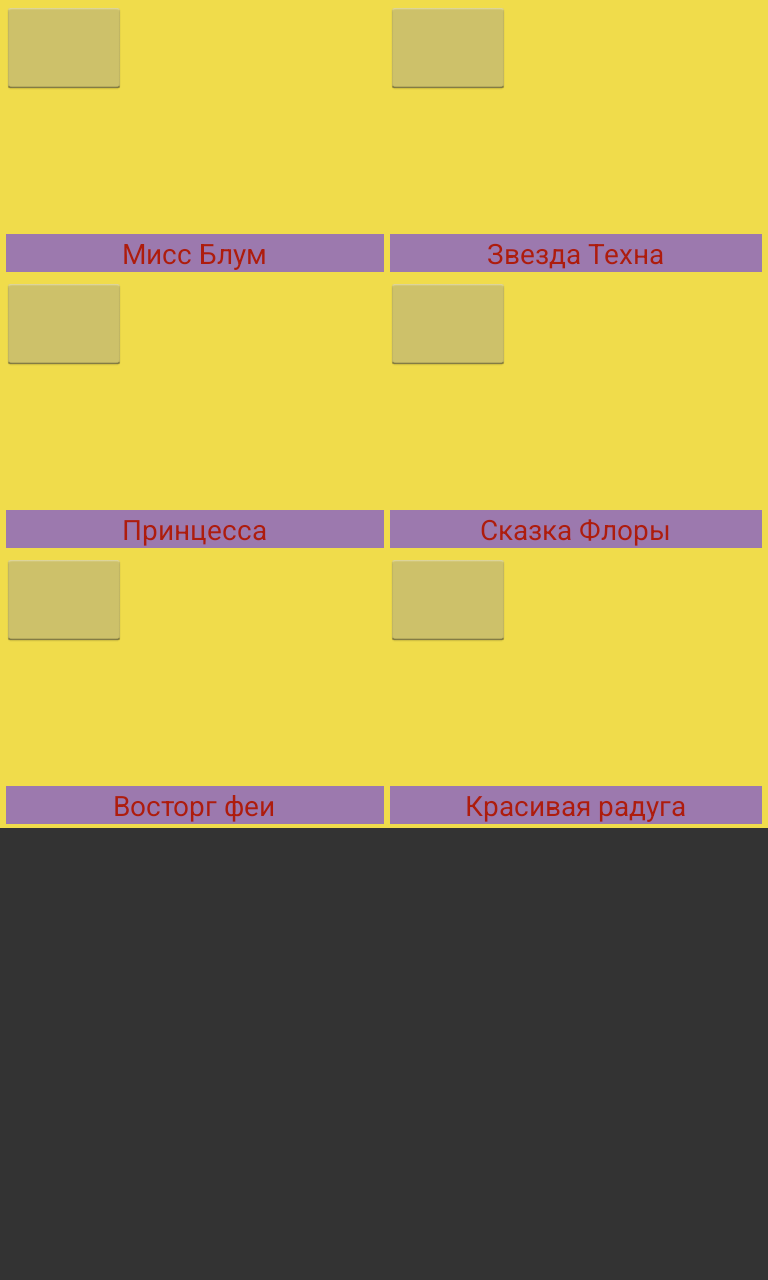
Repository: Skyremix/Winx
Layout: Winx/Winx/res/layout/stages.xml
These files come from the project's save history. The layout is drawn as it stood at one moment and after the next save; the edit follows.
It is drawn on a 768 x 1280 px phone screen (xhdpi) without system bars, with theme AppTheme; the app's code is not run.

Above is the layout before, as saved 2015-05-14 23:35:18.

### Winx/Winx/res/layout/stages.xml
<?xml version="1.0" encoding="utf-8"?>
<LinearLayout xmlns:android="http://schemas.android.com/apk/res/android"
    android:layout_width="match_parent"
    android:layout_height="match_parent"
    android:orientation="vertical"
    android:background="#F0DC4B">

    <LinearLayout
        android:layout_width="match_parent"
        android:layout_height="115dp">

        <LinearLayout
            android:layout_width="match_parent"
            android:layout_height="match_parent"
            android:layout_weight="1" >

            <Button
                android:id="@+id/imageView1"
                android:layout_width="wrap_content"
                android:layout_height="wrap_content"
                android:layout_gravity="center_horizontal"
                android:src="@drawable/buttons"/>

        </LinearLayout>

        <LinearLayout
            android:layout_width="match_parent"
            android:layout_height="match_parent"
            android:layout_weight="1">

            <Button
                android:id="@+id/imageView2"
                android:layout_width="wrap_content"
                android:layout_height="wrap_content"
                android:src="@drawable/buttons" />

        </LinearLayout>

    </LinearLayout>

  <LinearLayout
	        android:layout_width="match_parent"
	        android:layout_height="wrap_content"
	        android:background="#F0DC4B" >

	                 <LinearLayout
            android:layout_width="match_parent"
            android:layout_height="match_parent"
            android:layout_weight="1.00"
            android:background="#9C79AE"
            android:gravity="center_horizontal"
            android:layout_marginTop="2dp"
            android:layout_marginLeft="3dp"
            android:layout_marginBottom="2dp">

            <TextView
                android:id="@+id/textView116"
                android:layout_width="wrap_content"
                android:layout_height="wrap_content"
                android:text="Мисс Блум"
                android:textColor="#AE1C0D"/>

        </LinearLayout>

         <LinearLayout
            android:layout_width="match_parent"
            android:layout_height="match_parent"
            android:layout_weight="1.00"
            android:background="#9C79AE"
            android:gravity="center_horizontal"
            android:layout_marginTop="2dp"
            android:layout_marginLeft="3dp"
            android:layout_marginBottom="2dp"
            android:layout_marginRight="3dp">

            <TextView
                android:id="@+id/textView1565"
                android:layout_width="wrap_content"
                android:layout_height="wrap_content"
                android:text="Звезда Техна"
                android:textColor="#AE1C0D"/>

        </LinearLayout>

    </LinearLayout>

    <LinearLayout
        android:layout_width="match_parent"
        android:layout_height="115dp" >

        <LinearLayout
            android:layout_width="match_parent"
            android:layout_height="match_parent"
            android:layout_weight="1" >

            <Button
                android:id="@+id/imageView3"
                android:layout_width="wrap_content"
                android:layout_height="wrap_content"
                android:src="@drawable/buttons" />

        </LinearLayout>

        <LinearLayout
            android:layout_width="match_parent"
            android:layout_height="match_parent"
            android:layout_weight="1" >

            <Button
                android:id="@+id/imageView4"
                android:layout_width="wrap_content"
                android:layout_height="wrap_content"
                android:src="@drawable/buttons" />


        </LinearLayout>

    </LinearLayout>

	   <LinearLayout
	        android:layout_width="match_parent"
	        android:layout_height="wrap_content"
	        android:background="#F0DC4B" >

	                 <LinearLayout
            android:layout_width="match_parent"
            android:layout_height="match_parent"
            android:layout_weight="1.00"
            android:background="#9C79AE"
            android:gravity="center_horizontal"
            android:layout_marginTop="2dp"
            android:layout_marginLeft="3dp"
            android:layout_marginBottom="2dp">

            <TextView
                android:id="@+id/textView11776"
                android:layout_width="wrap_content"
                android:layout_height="wrap_content"
                android:text="Принцесса"
                android:textColor="#AE1C0D"/>

        </LinearLayout>

         <LinearLayout
            android:layout_width="match_parent"
            android:layout_height="match_parent"
            android:layout_weight="1.00"
            android:background="#9C79AE"
            android:gravity="center_horizontal"
            android:layout_marginTop="2dp"
            android:layout_marginLeft="3dp"
            android:layout_marginBottom="2dp"
            android:layout_marginRight="3dp">

            <TextView
                android:id="@+id/textView115565"
                android:layout_width="wrap_content"
                android:layout_height="wrap_content"
                android:text="Сказка Флоры"
                android:textColor="#AE1C0D"/>

        </LinearLayout>
    </LinearLayout>

    <LinearLayout
        android:layout_width="match_parent"
        android:layout_height="115dp" >

        <LinearLayout
            android:layout_width="match_parent"
            android:layout_height="match_parent"
            android:layout_weight="1">

            <Button
                android:id="@+id/imageView5"
                android:layout_width="wrap_content"
                android:layout_height="wrap_content"
                android:src="@drawable/buttons" />

        </LinearLayout>

        <LinearLayout
            android:layout_width="match_parent"
            android:layout_height="match_parent"
            android:layout_weight="1" >

            <Button
                android:id="@+id/imageView6"
                android:layout_width="wrap_content"
                android:layout_height="wrap_content"
                android:src="@drawable/buttons" />

        </LinearLayout>

    </LinearLayout>

	    <LinearLayout
	        android:layout_width="match_parent"
	        android:layout_height="wrap_content"
	        android:background="#F0DC4B" >

	                 <LinearLayout
            android:layout_width="match_parent"
            android:layout_height="match_parent"
            android:layout_weight="1.00"
            android:background="#9C79AE"
            android:gravity="center_horizontal"
            android:layout_marginTop="2dp"
            android:layout_marginLeft="3dp"
            android:layout_marginBottom="2dp">

            <TextView
                android:id="@+id/textView119966"
                android:layout_width="wrap_content"
                android:layout_height="wrap_content"
                android:text="Восторг феи"
                android:textColor="#AE1C0D"/>

        </LinearLayout>

         <LinearLayout
            android:layout_width="match_parent"
            android:layout_height="match_parent"
            android:layout_weight="1.00"
            android:background="#9C79AE"
            android:gravity="center_horizontal"
            android:layout_marginTop="2dp"
            android:layout_marginLeft="3dp"
            android:layout_marginBottom="2dp"
            android:layout_marginRight="3dp">

            <TextView
                android:id="@+id/textView1584865"
                android:layout_width="wrap_content"
                android:layout_height="wrap_content"
                android:text="Красивая радуга"
                android:textColor="#AE1C0D"/>

        </LinearLayout>
    </LinearLayout>
        <LinearLayout
        android:layout_width="match_parent"
        android:layout_height="wrap_content"
        android:layout_weight="0.02"
        android:background="#333333" >
    </LinearLayout>
</LinearLayout>

Loaded but not shown: Winx/Winx/res/values/styles.xml (common file); Winx/Winx/res/values-v11/styles.xml (common file); Winx/Winx/res/values-v14/styles.xml (common file)

After the next save:
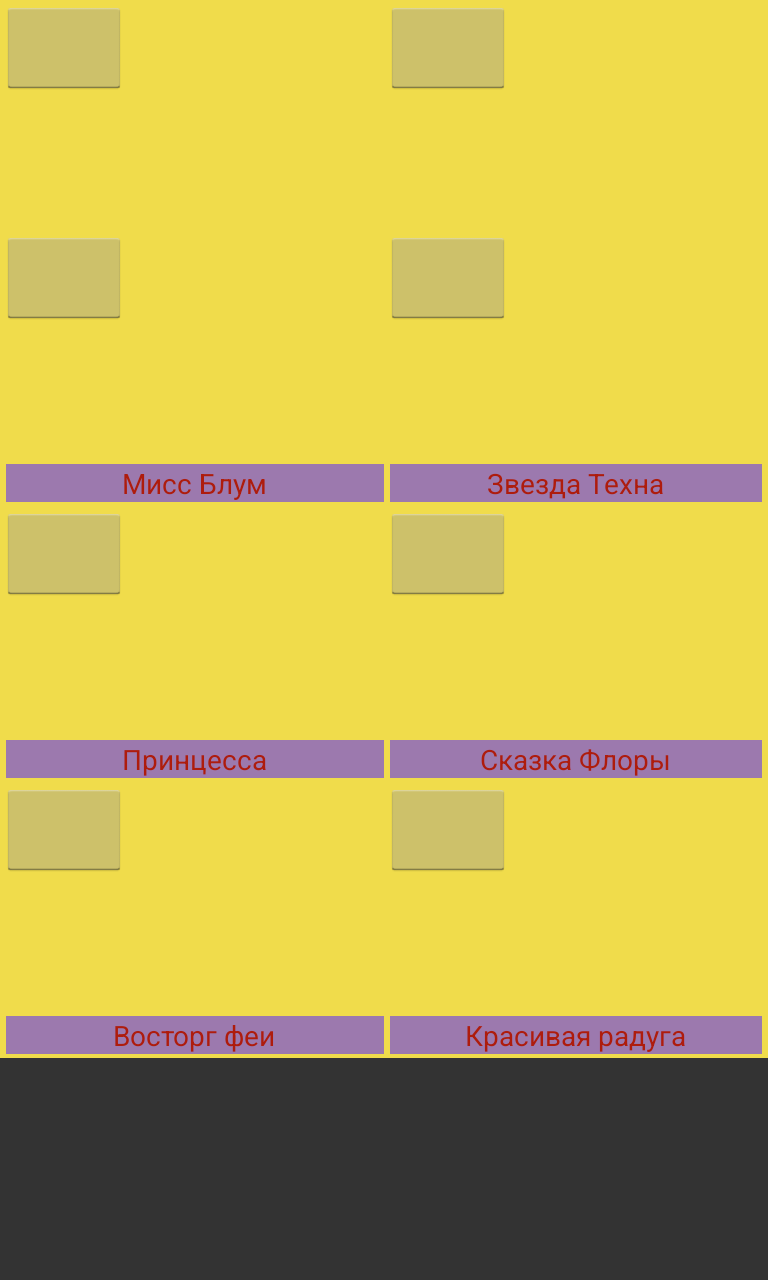
Saved 3 min 36 s later.
--- a/Winx/Winx/res/layout/stages.xml
+++ b/Winx/Winx/res/layout/stages.xml
@@ -38,6 +38,39 @@
 
     </LinearLayout>
 
+    <LinearLayout
+        android:layout_width="match_parent"
+        android:layout_height="115dp">
+
+        <LinearLayout
+            android:layout_width="match_parent"
+            android:layout_height="match_parent"
+            android:layout_weight="1" >
+
+            <Button
+                android:id="@+id/imageView1"
+                android:layout_width="wrap_content"
+                android:layout_height="wrap_content"
+                android:layout_gravity="center_horizontal"
+                android:src="@drawable/buttons"/>
+
+        </LinearLayout>
+
+        <LinearLayout
+            android:layout_width="match_parent"
+            android:layout_height="match_parent"
+            android:layout_weight="1">
+
+            <Button
+                android:id="@+id/imageView2"
+                android:layout_width="wrap_content"
+                android:layout_height="wrap_content"
+                android:src="@drawable/buttons" />
+
+        </LinearLayout>
+
+    </LinearLayout>
+
   <LinearLayout
 	        android:layout_width="match_parent"
 	        android:layout_height="wrap_content"
